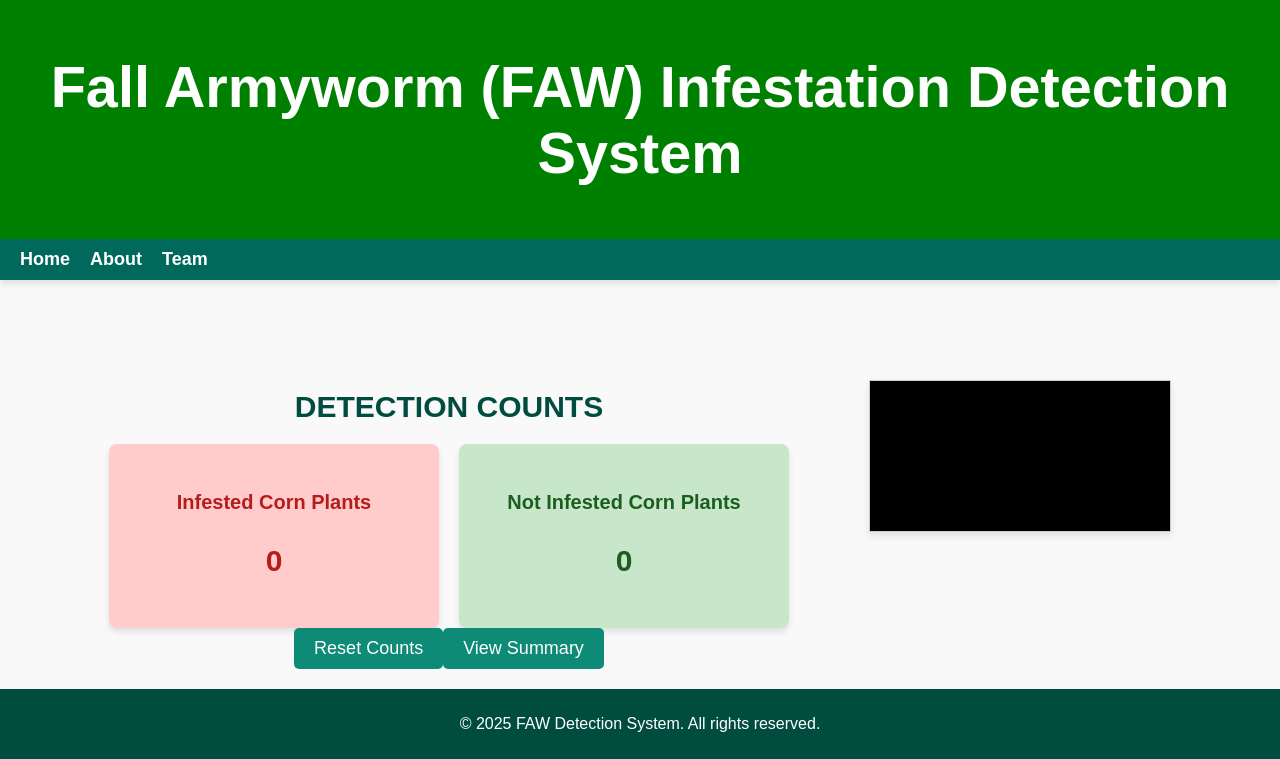
Repository: jansen223/faw-detection-main
Page: /
The author's editor kept a copy of each file at every save. The page is drawn from the files as they stood at one save, then again after the next save.
The browser window is 1280 px wide. The pictures show the whole page.
The page's requests for data from a server got no answer. The project was rebuilt for these pictures with package versions that can differ from the ones it lists, and the page was loaded fresh each time. No one was signed in, and anything a server would have sent is missing. Also part of the build but not shown: src/pages/About.css, src/pages/About.js, src/pages/Team.css, src/pages/Team.js, src/pages/Summary.css, src/pages/Summary.js.

Above is the page before, as saved 2025-04-13 12:17:05.

After the next save:
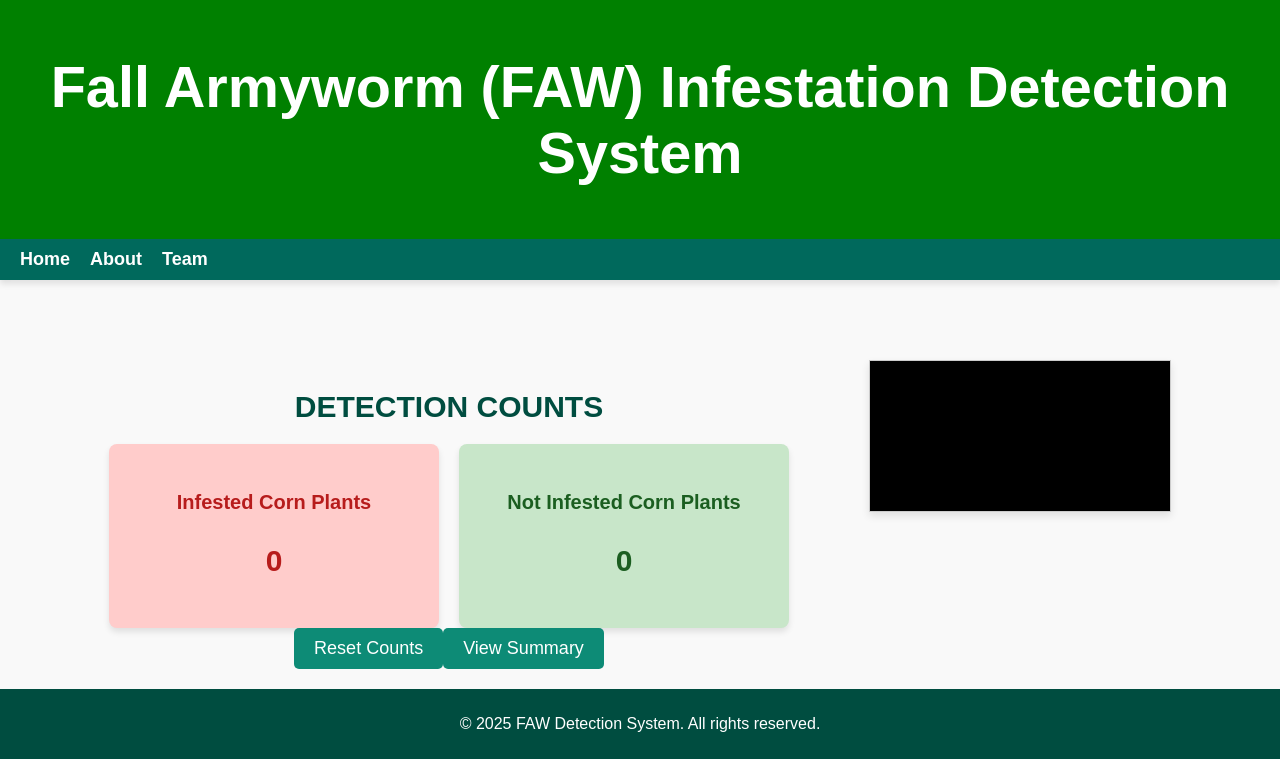
Saved 6 s later.
--- a/src/pages/Home.css
+++ b/src/pages/Home.css
@@ -68,7 +68,7 @@
   display: flex;
   justify-content: center;
   align-items: center;
-  padding-top: 80px;
+  padding-top: 60px;
 }
 
 canvas {
